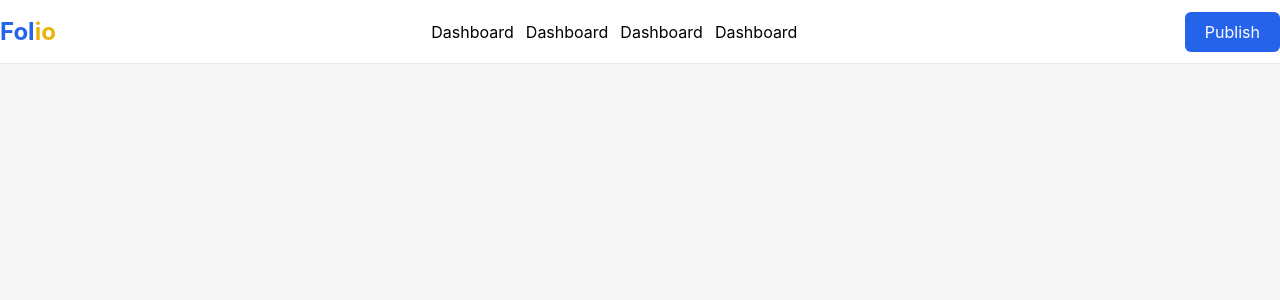
Repository: langford-dev/follio
Page: /
An editor plug-in stored every save of this project. The page is shown before and after the next save, followed by the edit.
The browser window is 1280 px wide. The pictures show the whole page.
The project was rebuilt for these pictures with package versions that can differ from the ones it lists, and the page was loaded fresh each time. The framework's server and built-in components were replaced by stand-ins that run in the browser. Also part of the build but not shown: next.config.js.

Above is the page before, as saved 2022-03-19 10:26:52.

### pages/_app.js
import { AppProvider } from '../context/context'
import '../styles/globals.css'

function MyApp({ Component, pageProps }) {
  return <AppProvider>
    <Component {...pageProps} />
  </AppProvider>
}

export default MyApp

### pages/index.js
import Header from '../components/header'

export default function Home() {
  return <Header />
}

### context/context.js
import { createContext, useEffect } from "react"

export const AppContext = createContext()

export const AppProvider = ({ children }) => {
    return <AppContext.Provider>
        {children}
    </AppContext.Provider>
}

### styles/globals.css
@tailwind base;
@tailwind components;
@tailwind utilities;
@import url('https://fonts.googleapis.com/css2?family=Karla:ital,wght@0,200;0,300;0,400;0,500;0,600;0,700;0,800;1,200;1,300&display=swap');

html,
body {
  background: #f1f1f188;
  padding: 0;
  margin: 0;
  font-family: -apple-system, BlinkMacSystemFont, Segoe UI, Roboto, Oxygen,
    Ubuntu, Cantarell, Fira Sans, Droid Sans, Helvetica Neue, sans-serif;
}

a {
  color: inherit;
  text-decoration: none;
}

* {
  box-sizing: border-box;
}

### components/header.js
import Link from "next/link"
import Logo from "./logo"

const styles = {
    header: ``,
    headerWrapper: ``,
    button: ``,
    nav: `flex`,
    navLink: `mr-3 hover:text-blue-500`,
}

const Header = () => {
    return <header className="border-b h-16 bg-white">
        <div className="m-auto max-w-screen-xl h-full flex items-center justify-between">
            <Logo />
            <nav className={styles.nav}>
                <Link passHref={true} href="/"><p className={styles.navLink}>Dashboard</p></Link>
                <Link passHref={true} href="/"><p className={styles.navLink}>Dashboard</p></Link>
                <Link passHref={true} href="/"><p className={styles.navLink}>Dashboard</p></Link>
                <Link passHref={true} href="/"><p className={styles.navLink}>Dashboard</p></Link>
            </nav>
            <div className="bg bg-blue-600 text-white px-5 py-2 rounded-md cursor-pointer">Publish</div>
        </div>
    </header>
}

export default Header

### components/logo.js
const Logo = () => {
    return <p className="font-bold text-2xl text-blue-600">Fol<span className="text-yellow-500">io</span></p>
}

export default Logo

Loaded but not shown: tailwind.config.js (common file)

After the next save:
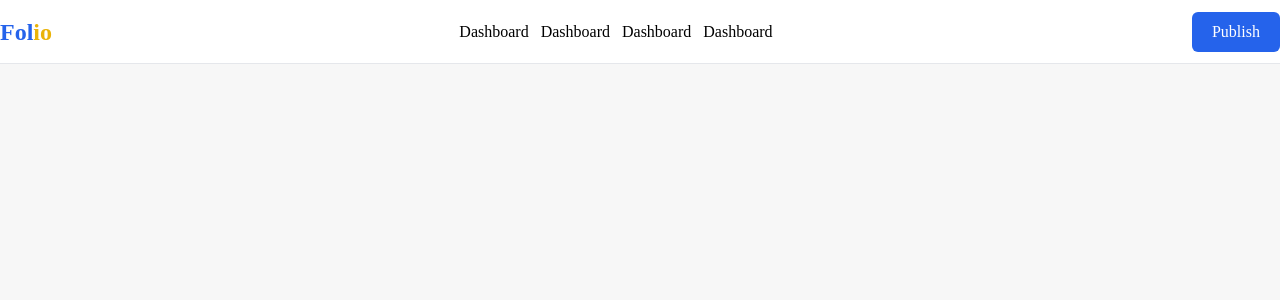
Saved 13 s later.
--- a/styles/globals.css
+++ b/styles/globals.css
@@ -19,4 +19,5 @@
 
 * {
   box-sizing: border-box;
+  font-family: "Karla";
 }

After the 4 saves that followed:
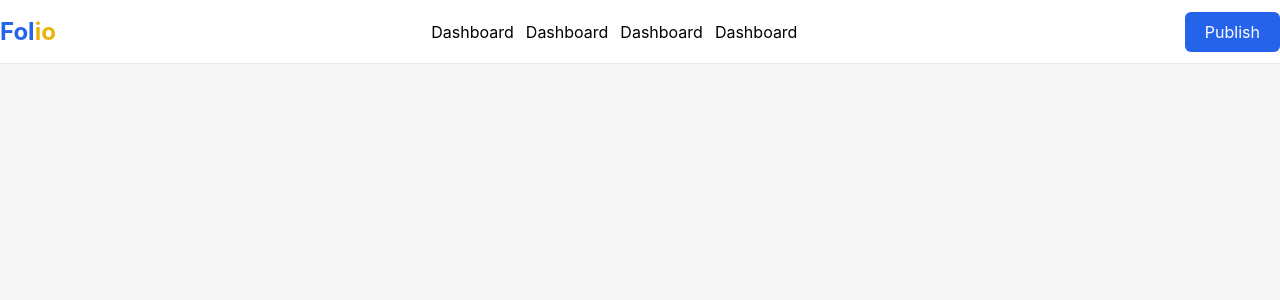
The 4 saves are shown as one change because 1 left the picture as it was and some came seconds apart.
The last was saved 27 s later.
--- a/styles/globals.css
+++ b/styles/globals.css
@@ -1,6 +1,7 @@
 @tailwind base;
 @tailwind components;
 @tailwind utilities;
+
 @import url('https://fonts.googleapis.com/css2?family=Karla:ital,wght@0,200;0,300;0,400;0,500;0,600;0,700;0,800;1,200;1,300&display=swap');
 
 html,
@@ -8,8 +9,6 @@
   background: #f1f1f188;
   padding: 0;
   margin: 0;
-  font-family: -apple-system, BlinkMacSystemFont, Segoe UI, Roboto, Oxygen,
-    Ubuntu, Cantarell, Fira Sans, Droid Sans, Helvetica Neue, sans-serif;
 }
 
 a {
@@ -19,5 +18,6 @@
 
 * {
   box-sizing: border-box;
-  font-family: "Karla";
+  font-family: "Karla", -apple-system, BlinkMacSystemFont, Segoe UI, Roboto, Oxygen,
+    Ubuntu, Cantarell, Fira Sans, Droid Sans, Helvetica Neue, sans-serif;
 }
